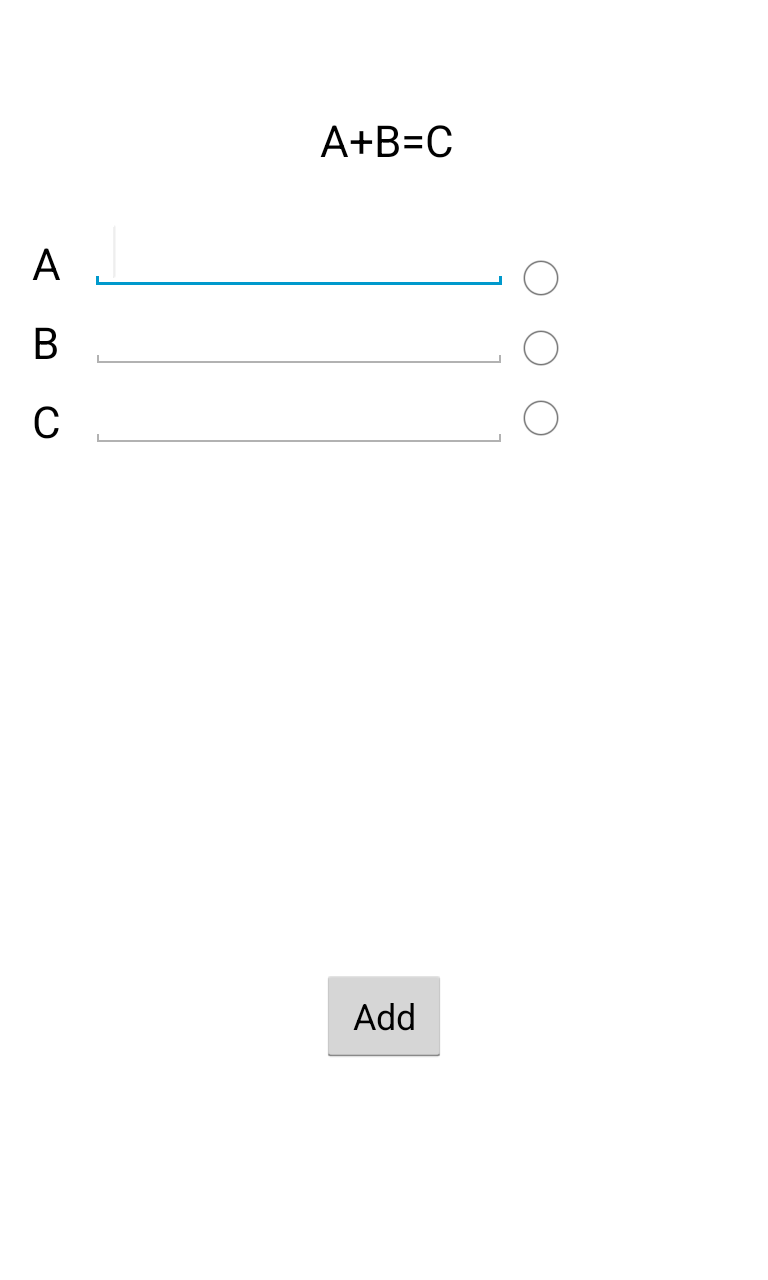
Repository: dtri123/Equation-Station
Layout: TheEquationStation/res/layout/addition_page.xml
An editor plug-in stored every save of this project. The layout is shown before and after the next save, followed by the edit.
It is drawn on a 768 x 1280 px phone screen (xhdpi) without system bars, with theme AppTheme; the app's code is not run.

Above is the layout before, as saved 2013-07-17 19:28:25.

After the next save:
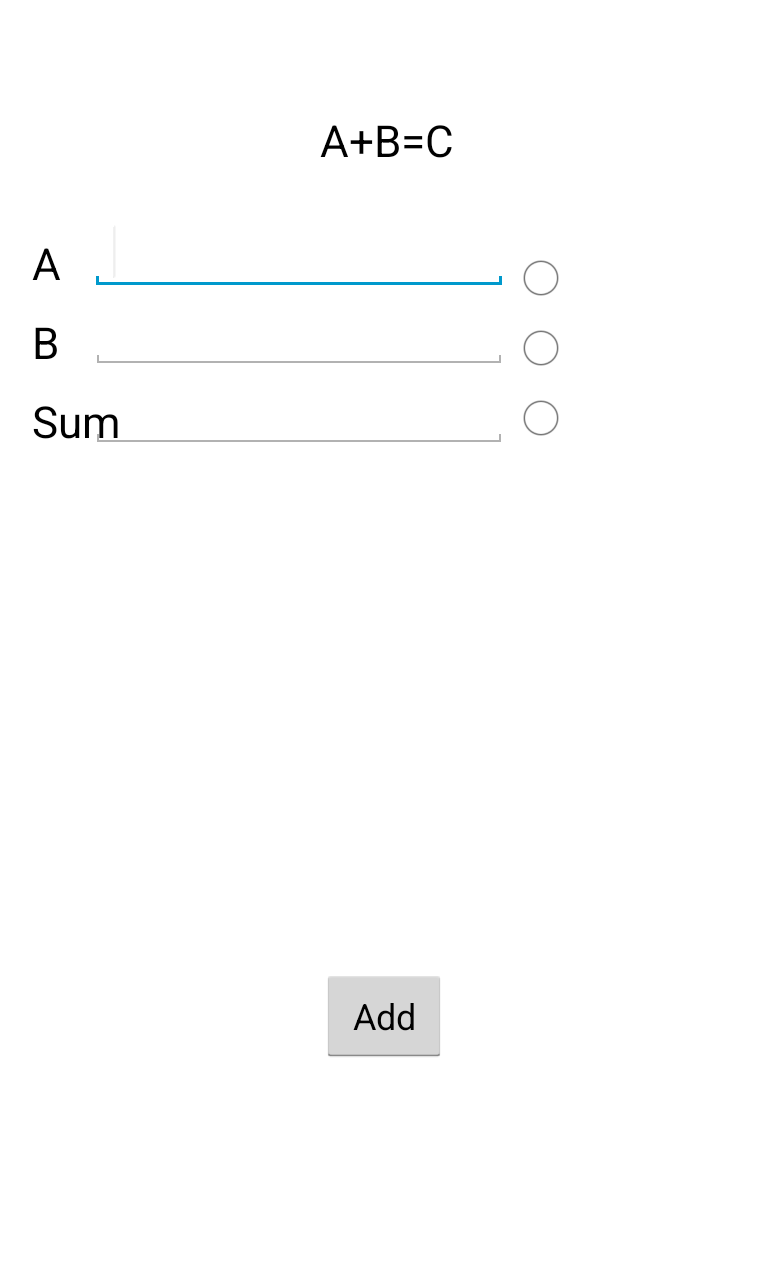
Saved 42 s later.
--- a/TheEquationStation/res/layout/addition_page.xml
+++ b/TheEquationStation/res/layout/addition_page.xml
@@ -73,7 +73,7 @@
         android:layout_height="wrap_content"
         android:layout_alignBottom="@+id/editText3"
         android:layout_alignLeft="@+id/textView4"
-        android:text="C"
+        android:text="Sum"
         android:textAppearance="?android:attr/textAppearanceLarge" />
 
     <TextView
